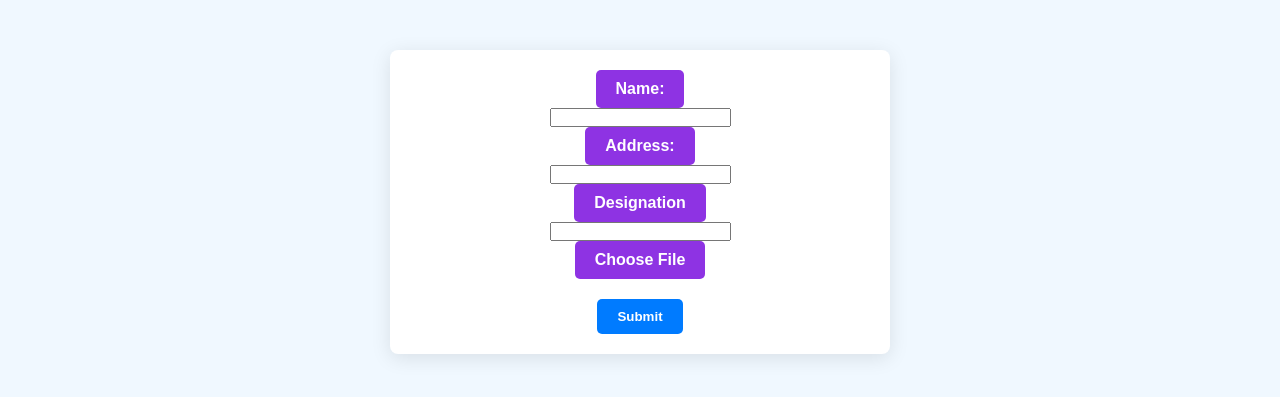
Repository: Muskan1Kumari4draw/React-app-with-concept
Page: /
These files come from the project's save history. The page is drawn as it stood at one moment and after the next save; the edit follows.
The browser window is 1280 px wide. The pictures show the whole page.
The project was rebuilt for these pictures with package versions that can differ from the ones it lists, and the page was loaded fresh each time.

Above is the page before, as saved 2024-10-22 11:45:44.

### src/App.js
import React from "react";
// import Restaurant from "./component/Basic/Restaurant";

// import UseState from "./component/Hooke/useState";
// import UseEffect from "./component/Hooke/UseEffect";
import FileUpload from "./component/File-upload/FileUpload";
// import Restaurant from "./component/Basic/Restaurant";
// import Navbar from "./component/Basic/Navbar";
const App = () => {
  return (
    <>
      <FileUpload />
      {/* <Restaurant /> */}
      {/* <UseState className="Use" /> */}
      {/* <UseEffect className="Use" /> */}
    </>
  );
};

export default App;

### src/component/File-upload/FileUpload.js
import React from "react";
import "./style.css";

const FileUpload = () => {
  return (
    <>
      <div className="container">
        <form className="form-control">
          <label className="label">Name:</label>
          <input
            className="form-control input"
            type="text"
            id="name"
            name="name"
          />
          <label className="label">Address:</label>
          <input
            className="form-control input"
            type="text"
            id="address"
            name="address"
          />
          <label className="label">Designation</label>
          <input
            className="form-control input"
            type="text"
            id="designation"
            name="designation"
          />
          <label className="label" htmlFor="file">
            Choose File
          </label>
          <input
            className="form-control input"
            type="file"
            id="file"
            name="file"
          />
          <button type="submit">Submit</button>
        </form>
      </div>
    </>
  );
};

export default FileUpload;

### src/component/File-upload/style.css
* {
  margin: 0;
  padding: 0;
  box-sizing: border-box;
}

body {
  font-family: Arial, sans-serif;
  background-color: #f0f8ff;
}

.container {
  width: 100%;
  max-width: 500px;
  margin: 50px auto;
  padding: 20px;
  border-radius: 8px;
  box-shadow: 0 4px 20px rgba(0, 0, 0, 0.1);
  background-color: #ffffff;
}

.form-control {
  display: flex;
  flex-direction: column;
  align-items: center;
}

input[type="file"] {
  display: none;
}

.label {
  display: inline-block;
  padding: 10px 20px;
  background-color: rgb(142, 51, 227);
  color: white;
  border-radius: 5px;
  cursor: pointer;
  font-weight: bold;
  transition: background-color 0.3s ease;
}

.label:hover {
  background-color: rgb(72, 2, 102);
}

button {
  margin-top: 20px;
  padding: 10px 20px;
  border: none;
  border-radius: 5px;
  background-color: #007bff;
  color: white;
  font-weight: bold;
  cursor: pointer;
  transition: background-color 0.3s ease;
}

button:hover {
  background-color: #0056b3;
}

Loaded but not shown: public/index.html (common file); src/index.js (common file); src/reportWebVitals.js (common file)

After the next save:
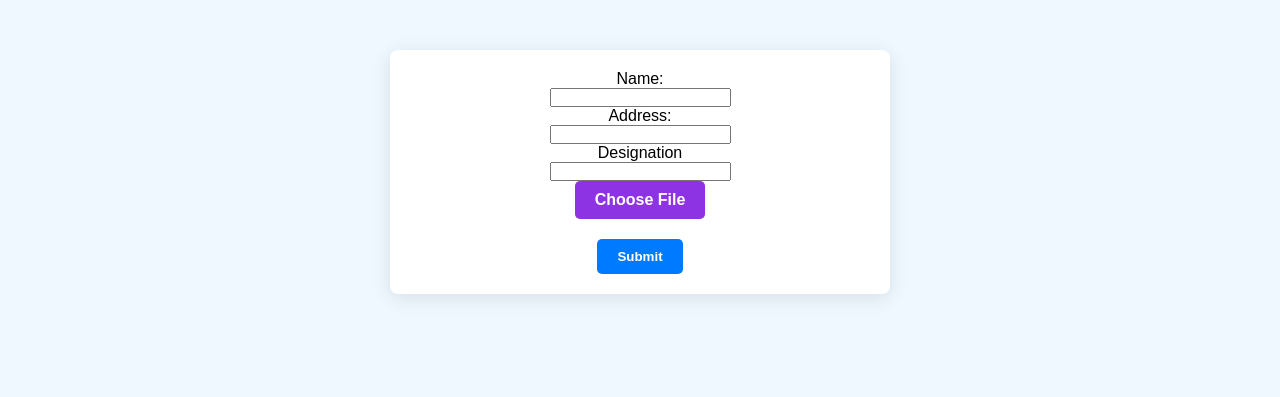
Saved 26 s later.
--- a/src/component/File-upload/FileUpload.js
+++ b/src/component/File-upload/FileUpload.js
@@ -6,21 +6,21 @@ const FileUpload = () => {
     <>
       <div className="container">
         <form className="form-control">
-          <label className="label">Name:</label>
+          <label className="form-label">Name:</label>
           <input
             className="form-control input"
             type="text"
             id="name"
             name="name"
           />
-          <label className="label">Address:</label>
+          <label className="form-label">Address:</label>
           <input
             className="form-control input"
             type="text"
             id="address"
             name="address"
           />
-          <label className="label">Designation</label>
+          <label className="form-label">Designation</label>
           <input
             className="form-control input"
             type="text"
